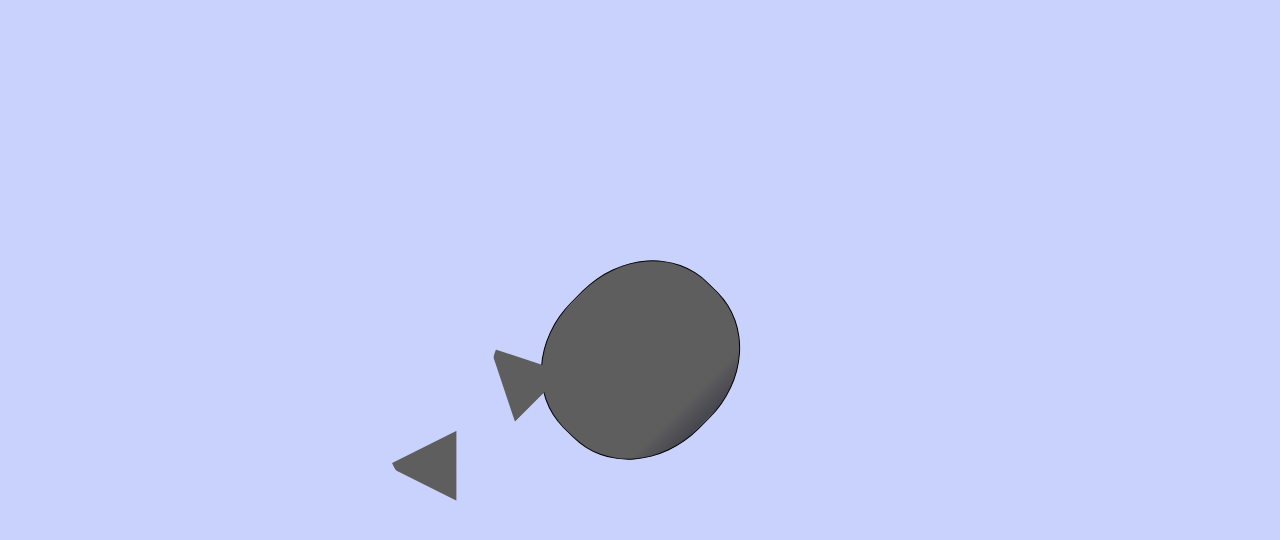
Repository: Lungdjos/cat_painting
Page: index.html
These files come from the project's save history. The page is drawn as it stood at one moment and after the next save; the edit follows.
The browser window is 1280 px wide. The pictures show the whole page.

Above is the page before, as saved 2023-11-07 23:47:37.

After the next save:
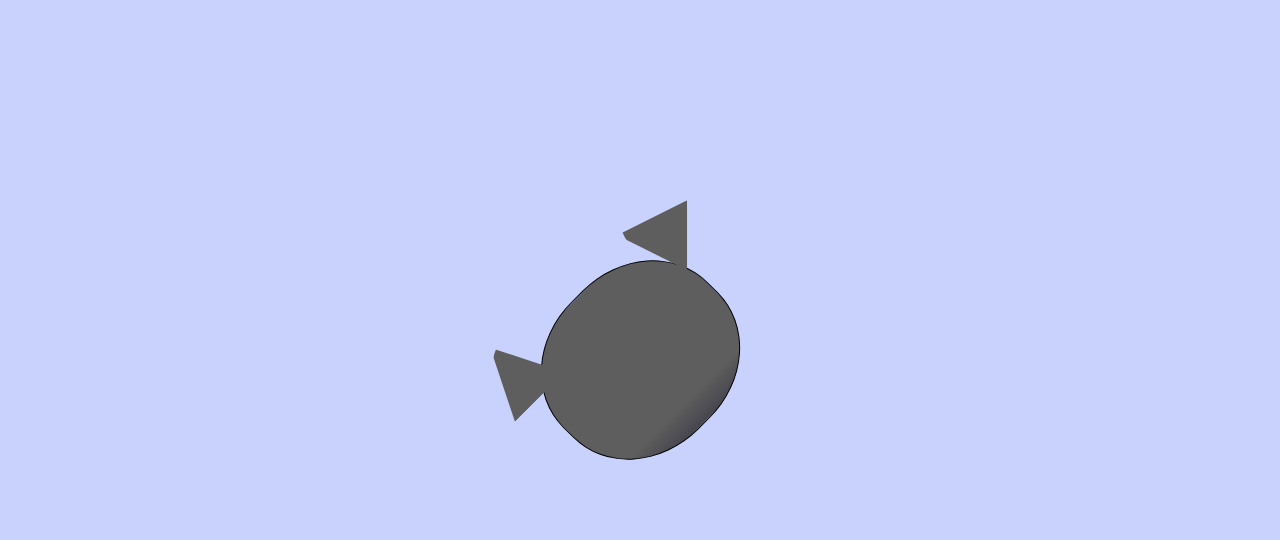
Saved 4 s later.
--- a/styles.css
+++ b/styles.css
@@ -26,7 +26,7 @@ body {
 .cat-right-ear {
     position: absolute;
     top: -26px;
-    left: -163px;
+    left: 163px;
     border-top-left-radius: 90px;
     border-top-right-radius: 10px;
     transform: rotate(-45deg);
